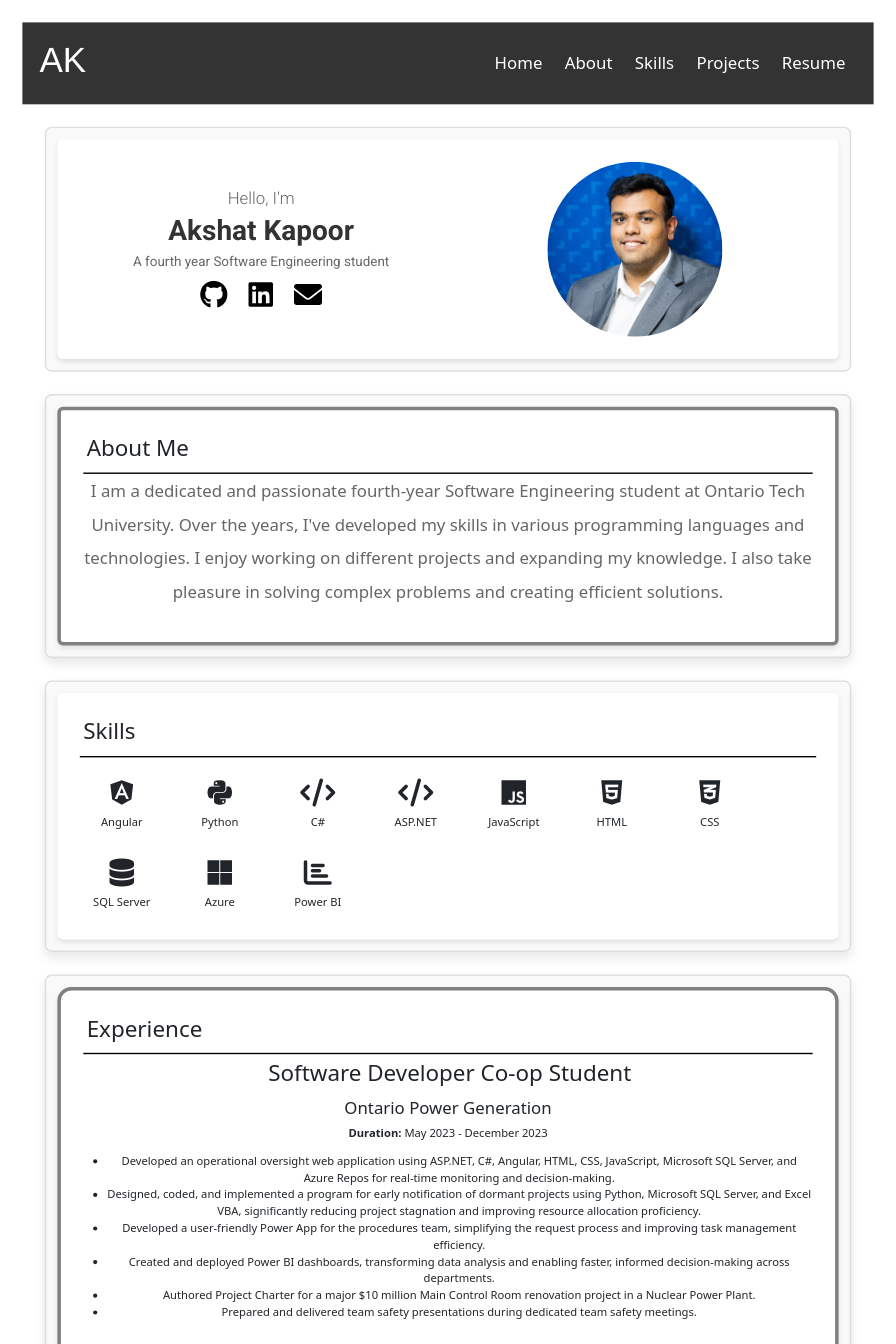
Repository: AkshatKapo/My-Portfolio
Page: /
The author's editor kept a copy of each file at every save. The page is drawn from the files as they stood at one save, then again after the next save.
The browser window is 1280 px wide. The pictures show the part of the page from y = 0 to 1920 px (the page is 3269 px tall before and 3301 px after), at 70% of full size.
The project was rebuilt for these pictures with package versions that can differ from the ones it lists, and the page was loaded fresh each time. Also part of the build but not shown: vite.config.js.

Above is the page before, as saved 2024-06-18 18:13:25.

### index.html
<!DOCTYPE html>
<html lang="en">
  <head>
    <meta charset="UTF-8" />
    <link rel="stylesheet" href="https://cdnjs.cloudflare.com/ajax/libs/font-awesome/6.0.0-beta3/css/all.min.css">
    <link rel="stylesheet" href="https://maxcdn.bootstrapcdn.com/bootstrap/4.5.2/css/bootstrap.min.css">

    <meta name="viewport" content="width=device-width, initial-scale=1.0" />
    <title>Vite + React</title>
  </head>
  <body>
    <div id="root"></div>
    <script type="module" src="/src/main.jsx"></script>
  </body>
</html>

### src/main.jsx
import React from 'react'
import ReactDOM from 'react-dom/client'
import App from './App'
import './index.css'
import 'bootstrap/dist/css/bootstrap.min.css';


ReactDOM.createRoot(document.getElementById('root')).render(
  <React.StrictMode>
    <App />
  </React.StrictMode>,
)

### src/App.jsx
import { useEffect } from 'react';
import './App.css';
import Header from './components/Header';
import Home from './components/Home';
import About from './components/About';
import Experience from './components/Experience'; // Corrected import path
import Projects from './components/projects';
import Contact from './components/Contact';
import Skill from './components/skill'
function App() {
  useEffect(() => {
    function reveal() {
      let reveals = document.querySelectorAll(".reveal");// stores all the elements with class reveal into an array

      for (var i = 0; i < reveals.length; i++) { // iterates through reveals array, takes the each element with class reveals
        let windowHeight = window.innerHeight; // gets the height of the view port
        let elementTop = reveals[i].getBoundingClientRect().top;// gets the postion of the element relative to the view port
        let sectionHeight = reveals[i].offsetHeight;// calculates the hieght of the element
        let elementVisible = windowHeight - elementTop > 0 ? windowHeight - elementTop : 0;// calculates the porton  of the element visible(Dstance between the top of the view port  and bottom of visible part of  the element)
        let visibilityRatio = elementVisible / sectionHeight; // Fraction of the element visible

        if (visibilityRatio > 0.5) {  // if the visibility ratio is greater than half then it will make it visible
          reveals[i].classList.add("active");// add class actve to the element to make it visible
        } else { // if its less than 0.5 than it wll not display it or remove the class
          reveals[i].classList.remove("active");
        }
      }
    }

    window.addEventListener("scroll", reveal);// Add scroll as event listenere because wewe want to dsplay elements as user scrolls down

    // Call reveal initially to check the visibility of elements when the component mounts
    reveal();

    // Cleanup function to remove event listener when component unmounts
    return () => {
      window.removeEventListener("scroll", reveal);
    };
  }, []);


  return (
    <div>
      <Header />
      <Home />
      <About />
      <Skill />
      <Experience />
      <Projects />
      <Contact />

    </div>
  );
}

export default App;

/*
Mount: useEffect runs, reveal function defined and called, scroll event listener added.
Scroll: Each scroll triggers the reveal function to recalculate and update element visibility.
Unmount: Cleanup function removes the scroll event listener.
*/

### src/index.css
body {
    font-family: 'Segoe UI', Tahoma, Geneva, Verdana, sans-serif;
    background-color:#ccddff;
    color:black;
    margin: 0;
    padding: 0;
  }


  #root {
    display: flex;
    flex-direction: column;
    min-height: 100vh;
  }

### src/App.css
#root {
  max-width: 1280px;
  margin: 0 auto;
  padding: 2rem;
  text-align: center;
}
.reveal {
  opacity: 0;
  transform: translateY(100px);
  transition: opacity 0.6s ease-out, transform 0.6s ease-out;
}

.reveal.active {
  opacity: 1;
  transform: translateY(0);
}

### src/components/Header.jsx
import React from 'react'
import './Header.css'

const Header = () => {
  return (
    <header>
      <h1 className='title'>AK</h1>
      <nav>
        <ul>
          <li><a href="#home">Home</a></li>
          <li><a href="#about">About</a></li>
          <li><a href="#skills">Skills</a></li>
          <li><a href="#projects">Projects</a></li>
          <li><a href="/Akshat_Kapoor_Resume.pdf">Resume</a></li>
        </ul>
      </nav>
    </header>
  )
}

export default Header

### src/components/Home.jsx
import React from "react";
import "./Home.css";

const Home = () => {
  return (
    <div className="reveal">
      <section id="home">
        <div className="home-content">
          <div className="text-content">
            <h3>Hello, I'm</h3>
            <h1>Akshat Kapoor</h1>
            <h4>A fourth year Software Engineering student</h4>
            <div className="social-icons">
              <a href="https://github.com/yourusername" target="_blank" rel="noopener noreferrer">
                <i className="fab fa-github"></i>
              </a>
              <a href="https://www.linkedin.com/in/yourusername" target="_blank" rel="noopener noreferrer">
                <i className="fab fa-linkedin"></i>
              </a>
              <a href="mailto:youremail@gmail.com" target="_blank" rel="noopener noreferrer">
                <i className="fas fa-envelope"></i>
              </a>

            </div>
            <div className="line"></div>

          </div>


          <div className="image-content">
            <img
              src="/assets/images/1666144074188.jpeg"
              alt="Akshat Kapoor"
              className="profile-image"
            />
          </div>
        </div>
      </section>
    </div>
  );
};

export default Home;

### src/components/About.jsx
import React from 'react';
import './About.css';

function About() {
  return (
    <section id="about">
      <div id='about-content'>
       <h2>About Me</h2>
       <div className='seperator'>


       </div>
       <p>I am a dedicated and passionate fourth-year Software Engineering student at Ontario Tech University. Over the years, I've developed my skills in various programming languages and technologies. I enjoy working on different projects and expanding my knowledge. I also take pleasure in solving complex problems and creating efficient solutions. </p>
      </div>
    </section>
  );
}

export default About;

### src/components/Experience.jsx
import React from 'react'
import './Experience.css'

const Experience = () => {
  return (
    <div className="reveal">
      <section id="experience">
        <div id="experience-content">
          <h2>Experience</h2>
          <div className="divider1"></div>
          <div>
            <h3>Software Developer Co-op Student</h3>
            <h4>Ontario Power Generation</h4>
            <p>
              <strong>Duration:</strong> May 2023 - December 2023
            </p>
            <ul>
              <li>Developed an operational oversight web application using ASP.NET, C#, Angular, HTML, CSS, JavaScript, Microsoft SQL Server, and Azure Repos for real-time monitoring and decision-making.</li>
              <li>Designed, coded, and implemented a program for early notification of dormant projects using Python, Microsoft SQL Server, and Excel VBA, significantly reducing project stagnation and improving resource allocation proficiency.</li>
              <li>Developed a user-friendly Power App for the procedures team, simplifying the request process and improving task management efficiency.</li>
              <li>Created and deployed Power BI dashboards, transforming data analysis and enabling faster, informed decision-making across departments.</li>
              <li>Authored Project Charter for a major $10 million Main Control Room renovation project in a Nuclear Power Plant.</li>
              <li>Prepared and delivered team safety presentations during dedicated team safety meetings.</li>
            </ul>
          </div>
        </div>
      </section>
    </div>
  )
}

export default Experience

### src/components/Contact.jsx
import React from "react";
import "./Contact.css";

const Contact = () => {
  return (
    <footer id="footer">
      <div className="footer-content">
        <ul className="footer-icons">
          <li>
            <a
              href="https://github.com/yourusername"
              target="_blank"
              rel="noopener noreferrer"
            >
              <i className="fab fa-github"></i>
            </a>
          </li>
          <li>
            <a
              href="https://www.linkedin.com/in/yourusername"
              target="_blank"
              rel="noopener noreferrer"
            >
              <i className="fab fa-linkedin"></i>
            </a>
          </li>
          <li>
            <a
              href="mailto:youremail@gmail.com"
              target="_blank"
              rel="noopener noreferrer"
            >
              <i className="fas fa-envelope"></i>
            </a>
          </li>
        </ul>

      </div>
      <p className="footer-copy">© 2024 Akshat Kapoor</p>
    </footer>
  );
};

export default Contact;

### src/components/skill.jsx
import React from 'react'
import './skill.css'

const skills = [
    { name: "Angular", icon: "fab fa-angular" },
    { name: "Python", icon: "fab fa-python" },
    { name: "C#", icon: "fas fa-code" },
    { name: "ASP.NET", icon: "fas fa-code" },
    { name: "JavaScript", icon: "fab fa-js" },
    { name: "HTML", icon: "fab fa-html5" },
    { name: "CSS", icon: "fab fa-css3-alt" },
    { name: "SQL Server", icon: "fas fa-database" },
    { name: "Azure", icon: "fab fa-microsoft" },
    { name: "Power BI", icon: "fas fa-chart-bar" },
  ];

function skill() {
  return (
    <div className="reveal">
      <section id="skills">
        <div className="skills-content">
          <h2>Skills</h2>
          <div className="separator"></div>
          <div className="skills-list">
            {skills.map((skill) => (
              <div className="skill" key={skill.name}>
                <i className={skill.icon}></i>
                <p>{skill.name}</p>
              </div>
            ))}
          </div>
        </div>
      </section>
    </div>
  )
}

export default skill

### src/components/Header.css
header {
  background-color: #333;
  color: white;
  padding: 2%;
  display: flex;
  justify-content: space-between;
  align-items: center;

    /* text-align: center; */
  }
  .title {
    font-family: 'Helvetica', sans-serif;
    font-size: 50px;
    background:white;
    -webkit-background-clip: text;
    color: transparent;
  }


  nav ul {
    list-style-type: none;
    padding: 0;
    margin: 0;
    display: flex;
  }

  nav ul li {
    margin: 0 1rem;
  }

  nav ul li a {
    color: white;
    text-decoration: none;
    font-size: 150%;
  }

### src/components/Home.css
 @import url('https://fonts.googleapis.com/css2?family=Roboto:wght@300;400;700&display=swap');

#home {
  padding: 1rem;
  display: flex;
  justify-content: center;
  align-items: center;
  background-color: #f9f9f9;
  border: 2px solid #ddd; /* Light border */
  border-radius: 10px; /* Rounded corners */
  margin: 2rem; /* Margin to ensure it doesn’t touch the edges of the container */
}

.home-content {
  display: flex;
  align-items: center;
  width: 100%;
  max-width: 1200px; /* Adjust the max-width as needed */
  background: #fff; /* Background for the content */
  padding: 2rem; /* Padding around the content */
  box-shadow: 0 4px 8px rgba(0, 0, 0, 0.1); /* Shadow for styling */
  border-radius: 8px; /* Rounded corners */

}

.line {
  border-left: 2px solid black;
  height: auto; /* Set to auto to match the height of the content */
  margin: 0 2rem; /* Adjust as needed to create space around the line */
}
.text-content {
  flex: 1;
  padding-right: 1rem;
  font-family: 'Roboto', sans-serif;
}

.text-content h2 {
  font-size: 2.5rem; /* Adjust the font size as needed */
  font-weight: 900;
  color: #333;
  margin-bottom: 1rem;
}
.text-content h3 {
  font-size: 1.5rem; /* Adjust the font size as needed */
  font-weight: 300;
  color: #666;
  margin-bottom: 0.5rem;
}

.text-content h1 {
  font-size: 2.5rem; /* Adjust the font size as needed */
  font-weight: 700;
  color: #333;
  margin-bottom: 0.5rem;
}
.text-content h4 {
  font-size: 1.2rem; /* Adjust the font size as needed */
  font-weight: 400;
  color: #666;
  margin-bottom: 1rem;
}


.text-content p {
  font-size: 1rem; /* Adjust the font size as needed */
  line-height: 1.6; /* Adjust the line height as needed */
  color: #666;
  font-weight: 300;
}

.image-content {
  flex: 1;
  display: flex;
  justify-content: center;
}

.profile-image {
  width: 250px;
  height: 250px;
  border-radius: 50%;
  object-fit: cover;
}

.social-icons {
  display: flex;
  gap: 30px; /* Adjust the spacing between icons */
  justify-content: center;
}

.social-icons a {
  color: #000; /* Change the color if needed */
  text-decoration: none;
}

.social-icons .icon {
  width: 40px; /* Adjust the size of the icons */
  height: 40px; /* Adjust the size of the icons */
}

.social-icons i {
  font-size: 40px; /* Adjust the size of the font-awesome icons */
}

/* Add hover effect if desired */
.social-icons a:hover {
  opacity: 0.7; /* Example hover effect */
}

### src/components/About.css
#about {
  padding: 1rem;
  display: flex;
  background-color: #f9f9f9;
  border: 2px solid #ddd; /* Light border */
  border-radius: 10px; /* Rounded corners */
  box-shadow: 0 8px 16px rgba(0, 0, 0, 0.1); /* Shadow for depth */
  margin: 2rem; /* Margin to ensure it doesn’t touch the edges of the container */



}
#about-content {
  display: table-column;
  justify-content: space-between;
  width: 100%;
  max-width: 1200px; /* Adjust the max-width as needed */
  background: #fff; /* Background for the content */
  padding: 2rem; /* Padding around the content */
  box-shadow: 0 4px 8px rgba(0, 0, 0, 0.1); /* Shadow for styling */
  border-radius: 8px; /* Rounded corners */
}


#about h2 {
  font-size: 2rem;
  text-align: left; /* This will align the heading to the left */
  margin-bottom: 1rem; /* Adding some space between the heading and the paragraph */
  margin-top: 0.2rem;
  margin-left: 0.3rem;


}
.seperator {
  border-top: 2px solid black;
  width: 100%; /* Adjust as needed */
  margin: 20px 3; /* Adjust as needed */
}

#about p {
  font-size: 1.5rem; /* Adjust the font size as needed */
  line-height: 2; /* Adjust the line height as needed */
  color: #666;
  font-weight: 300;
  }
#about {
  padding: 1rem;
  display: flex;
  background-color: #f9f9f9;
  border: 2px solid #ddd; /* Light border */
  border-radius: 10px; /* Rounded corners */
  box-shadow: 0 8px 16px rgba(0, 0, 0, 0.1); /* Shadow for depth */
  margin: 2rem; /* Margin to ensure it doesn’t touch the edges of the container */



}
#about-content {
  display: table-column;
  justify-content: space-between;
  width: 100%;
  max-width: 1200px; /* Adjust the max-width as needed */
  background: #fff; /* Background for the content */
  padding: 2rem; /* Padding around the content */
  box-shadow: 0 4px 8px rgba(0, 0, 0, 0.1); /* Shadow for styling */
  border-radius: 8px; /* Rounded corners */
  border: 5px solid grey

}


#about h2 {
  font-size: 2rem;
  text-align: left; /* This will align the heading to the left */
  margin-bottom: 1rem; /* Adding some space between the heading and the paragraph */
  margin-top: 0.2rem;
  margin-left: 0.3rem;


}
.seperator {
  border-top: 2px solid black;
  width: 100%; /* Adjust as needed */
  margin: 20px 3; /* Adjust as needed */
}

#about p {
  font-size: 1.5rem; /* Adjust the font size as needed */
  line-height: 2; /* Adjust the line height as needed */
  color: #666;
  font-weight: 300;
  }

### src/components/Experience.css
#experience {
  padding: 1rem;
  display: flex;
  background-color: #f9f9f9;
  border: 2px solid #ddd; /* Light border */
  border-radius: 10px; /* Rounded corners */
  box-shadow: 0 8px 16px rgba(0, 0, 0, 0.1); /* Shadow for depth */
  margin: 2rem; /* Margin to ensure it doesn’t touch the edges of the container */
  }
  #experience-content{
    display: table-column;
    justify-content: space-between;
    width: 100%;
    max-width: 1200px; /* Adjust the max-width as needed */
    background: #fff; /* Background for the content */
    padding: 2rem; /* Padding around the content */
    box-shadow: 0 4px 8px rgba(0, 0, 0, 0.1); /* Shadow for styling */
    border-radius: 20px; /* Rounded corners */
    border: 5px solid grey;
  }
  #experience h2 {
    font-size: 2rem;
    text-align: left; /* This will align the heading to the left */
    margin-bottom: 1rem; /* Adding some space between the heading and the paragraph */
    margin-top: 0.2rem;
    margin-left: 0.3rem;

  }
  .divider1 {
    border-top: 2px solid black;
    width: 100%; /* Adjust as needed */
    margin: 20px 3; /* Adjust as needed */
  }
  #experience h3 {
    font-size: 2rem;
    text-align: center;
    margin-bottom: 1rem; /* Adding some space between the heading and the paragraph */
    margin-top: 0.5rem;
    margin-left: 0.3rem;

  }
  .experience-content ul {
    list-style-type: disc; /* or another type of bullet, like circle or square */
    margin-left: 20px;
  }

  .experience-content li {
    margin-bottom: 10px;
  }

### src/components/Contact.css
#footer {
  background-color: #333;
  padding: 1rem 0;
  text-align: center;
  color: white;
}

.footer-content {
  display: flex;
  justify-content: center;
  align-items: center;
  margin-bottom: 1rem;
}

.footer-icons {
  list-style: none;
  padding: 0;
  margin: 0;
  text-align: center;
}

.footer-icons li {
  display: inline-block;
  margin: 0 20px; /* Increased margin for more gap between icons */
}

.footer-icons li a {
  color: grey; /* Change color as needed */
  font-size: 40px; /* Adjust size as needed */
  text-decoration: none;
}

.footer-icons li a:hover {
  color: #007bff; /* Change color on hover as needed */
}
.footer-copy {
  margin-top: 1rem;
  font-size: 16px;
  color: #aaa;
}

### src/components/skill.css
#skills {
  padding: 1rem;
  display: flex;
  background-color: #f9f9f9;
  border: 2px solid #ddd; /* Light border */
  border-radius: 10px; /* Rounded corners */
  box-shadow: 0 8px 16px rgba(0, 0, 0, 0.1); /* Shadow for depth */
  margin: 2rem; /* Margin to ensure it doesn’t touch the edges of the container */
}

.skills-content {
  display: table-column;
  justify-content: space-between;
  width: 100%;
  max-width: 1200px; /* Adjust the max-width as needed */
  background: #fff; /* Background for the content */
  padding: 2rem; /* Padding around the content */
  box-shadow: 0 4px 8px rgba(0, 0, 0, 0.1); /* Shadow for styling */
  border-radius: 8px; /* Rounded corners */
}

.skills-list {
  display: flex;
  flex-wrap: wrap;
  gap: 20px;
}

#skills h2 {
  font-size: 2rem;
  text-align: left; /* This will align the heading to the left */
  margin-bottom: 1rem; /* Adding some space between the heading and the paragraph */
  margin-top: 0.2rem;
  margin-left: 0.3rem;
}

.skill {
  display: flex;
  flex-direction: column;
  align-items: center;
  width: 100px;
  margin: 10px;
}

.skill i {
  font-size: 40px;
  margin-bottom: 10px;
}

.skill p {
  font-size: 16px;
  margin: 0;
}

.separator {
  height: 2px;
  width: 100%; /* Set to 100% to fill the parent container */
  background-color: #000;
  margin: 10px auto 20px;
}

Loaded but not shown: src/components/projects.css (103 lines, source omitted); src/components/projects.jsx (77 lines, source omitted)

After the next save:
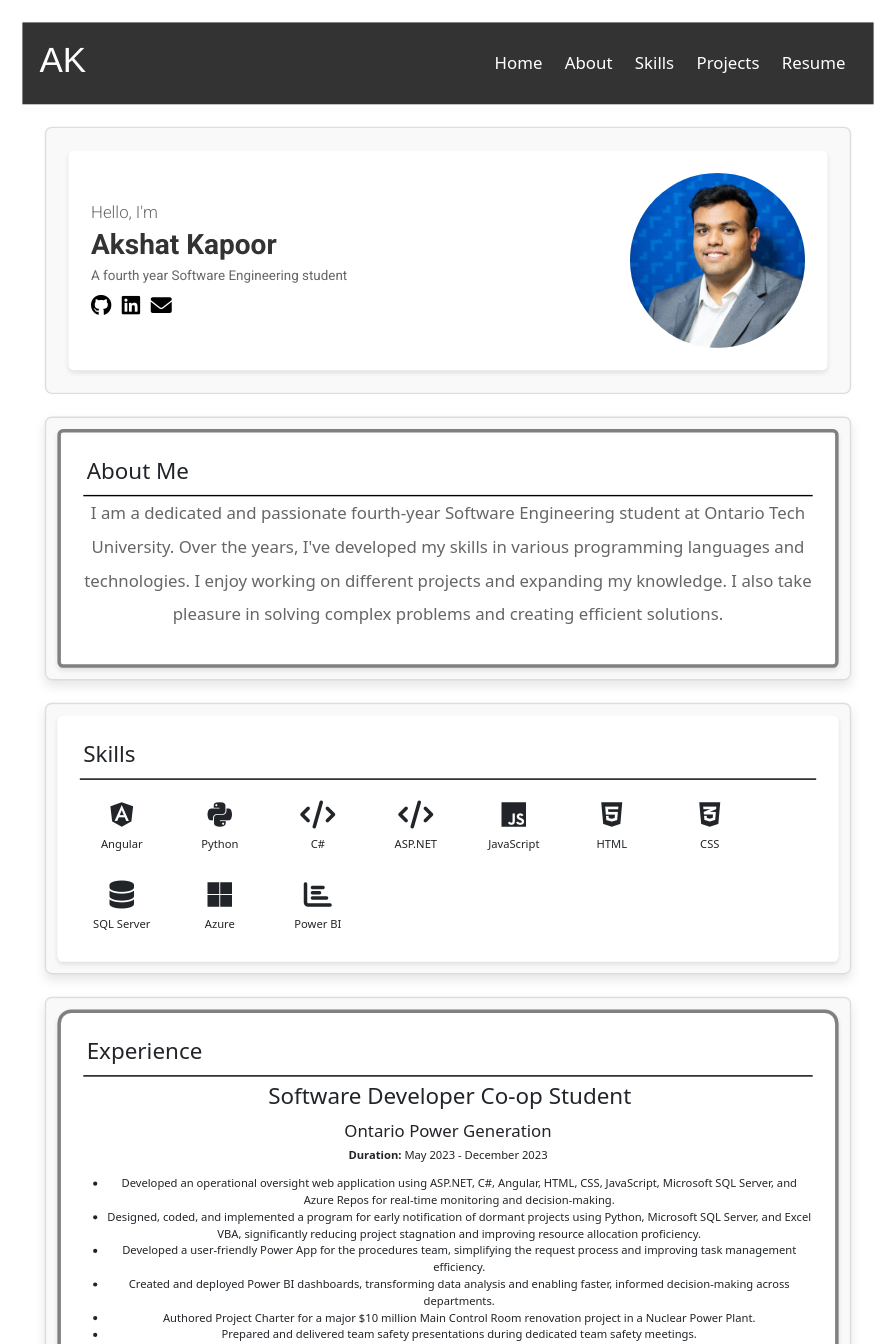
Saved 46 s later.
--- a/src/components/Home.css
+++ b/src/components/Home.css
@@ -1,7 +1,7 @@
- @import url('https://fonts.googleapis.com/css2?family=Roboto:wght@300;400;700&display=swap');
+@import url('https://fonts.googleapis.com/css2?family=Roboto:wght@300;400;700&display=swap');
 
 #home {
-  padding: 1rem;
+  padding: 2rem;
   display: flex;
   justify-content: center;
   align-items: center;
@@ -13,6 +13,7 @@
 
 .home-content {
   display: flex;
+  justify-content: space-between;
   align-items: center;
   width: 100%;
   max-width: 1200px; /* Adjust the max-width as needed */
@@ -20,26 +21,15 @@
   padding: 2rem; /* Padding around the content */
   box-shadow: 0 4px 8px rgba(0, 0, 0, 0.1); /* Shadow for styling */
   border-radius: 8px; /* Rounded corners */
-
 }
 
-.line {
-  border-left: 2px solid black;
-  height: auto; /* Set to auto to match the height of the content */
-  margin: 0 2rem; /* Adjust as needed to create space around the line */
-}
 .text-content {
   flex: 1;
-  padding-right: 1rem;
+  padding-right: 1.5rem;
   font-family: 'Roboto', sans-serif;
+  text-align: left;
 }
 
-.text-content h2 {
-  font-size: 2.5rem; /* Adjust the font size as needed */
-  font-weight: 900;
-  color: #333;
-  margin-bottom: 1rem;
-}
 .text-content h3 {
   font-size: 1.5rem; /* Adjust the font size as needed */
   font-weight: 300;
@@ -53,6 +43,7 @@
   color: #333;
   margin-bottom: 0.5rem;
 }
+
 .text-content h4 {
   font-size: 1.2rem; /* Adjust the font size as needed */
   font-weight: 400;
@@ -60,31 +51,26 @@
   margin-bottom: 1rem;
 }
 
-
-.text-content p {
-  font-size: 1rem; /* Adjust the font size as needed */
-  line-height: 1.6; /* Adjust the line height as needed */
-  color: #666;
-  font-weight: 300;
-}
-
 .image-content {
-  flex: 1;
+  flex: 0 0 250px;
   display: flex;
   justify-content: center;
+  align-items: center;
 }
 
 .profile-image {
-  width: 250px;
-  height: 250px;
+  width: 100%;
+  height: auto;
+  max-width: 250px;
+  max-height: 250px;
   border-radius: 50%;
   object-fit: cover;
 }
 
 .social-icons {
   display: flex;
-  gap: 30px; /* Adjust the spacing between icons */
-  justify-content: center;
+  gap: 15px; /* Adjust the spacing between icons */
+  justify-content: flex-start;
 }
 
 .social-icons a {
@@ -92,16 +78,17 @@
   text-decoration: none;
 }
 
-.social-icons .icon {
-  width: 40px; /* Adjust the size of the icons */
-  height: 40px; /* Adjust the size of the icons */
-}
-
 .social-icons i {
-  font-size: 40px; /* Adjust the size of the font-awesome icons */
+  font-size: 30px; /* Adjust the size of the font-awesome icons */
 }
 
 /* Add hover effect if desired */
 .social-icons a:hover {
   opacity: 0.7; /* Example hover effect */
 }
+
+.line1 {
+  border-left: 2px solid black;
+  height: 250px; /* Set to match the height of the image */
+  margin: 0 2rem; /* Adjust as needed to create space around the line */
+}
